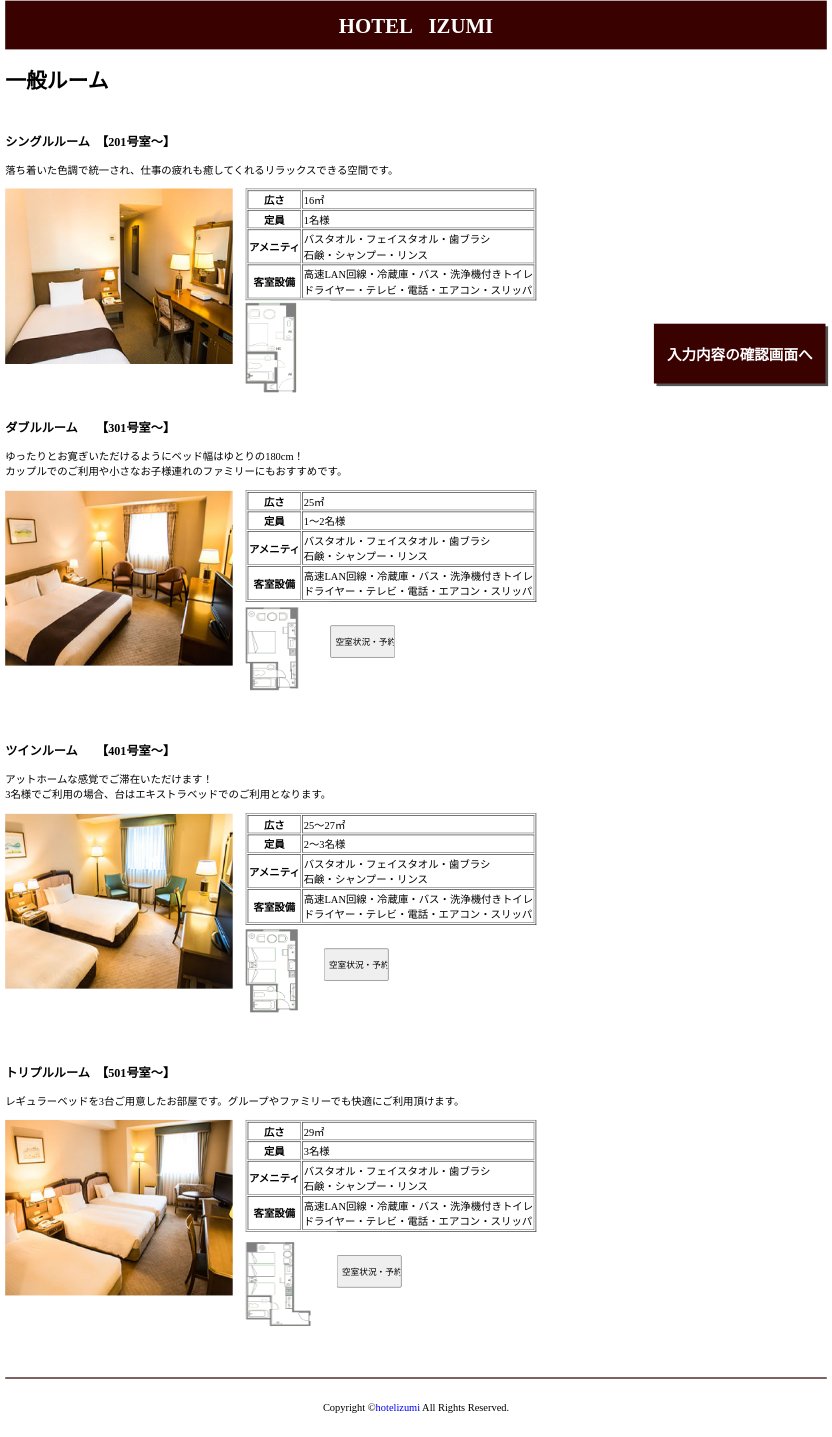
Repository: sep-dev/hotel_site
Page: http://localhost/HOTEL_IZUMI/general
An editor plug-in stored every save of this project. The page is shown before and after the next save, followed by the edit.
The browser window is 1280 px wide. The pictures show the whole page, at 65% of full size.
The page is served by Tomcat 9.

Above is the page before, as saved 2016-05-25 06:13:01.

After the next save:
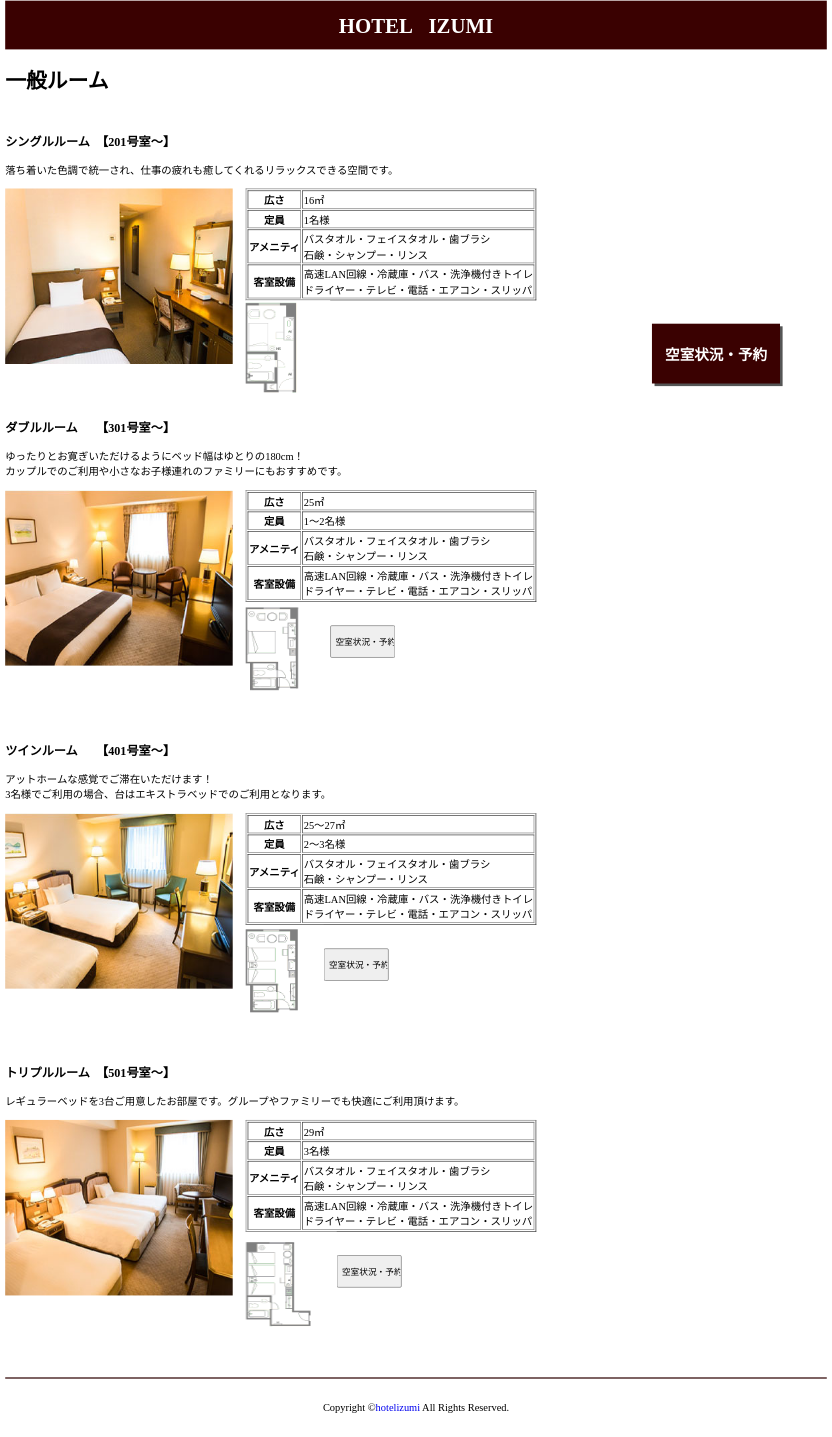
Saved 25 s later.
--- a/HOTEL_IZUMI/src/main/webapp/WEB-INF/views/general.jsp
+++ b/HOTEL_IZUMI/src/main/webapp/WEB-INF/views/general.jsp
@@ -51,7 +51,7 @@
 
       <img src="./resources/picture/ph01_shw1.png" alt="間取り図" width="130" height="146" align="left" ><br><br>
 
-      <button class="button2" type="submit" style="position: absolute; right: 10px;" formaction="http://localhost:8080/Izumi/form">入力内容の確認画面へ</button><br><br><br><br><br><br><br>
+      <button class="button2" type="submit" style="position: absolute; right: 80px;">空室状況・予約</button><br><br><br><br><br><br><br>
 
       <h3>ダブルルーム　　【301号室～】</h3>
       ゆったりとお寛ぎいただけるようにベッド幅はゆとりの180cm！<br>カップルでのご利用や小さなお子様連れのファミリーにもおすすめです。<br><br>
